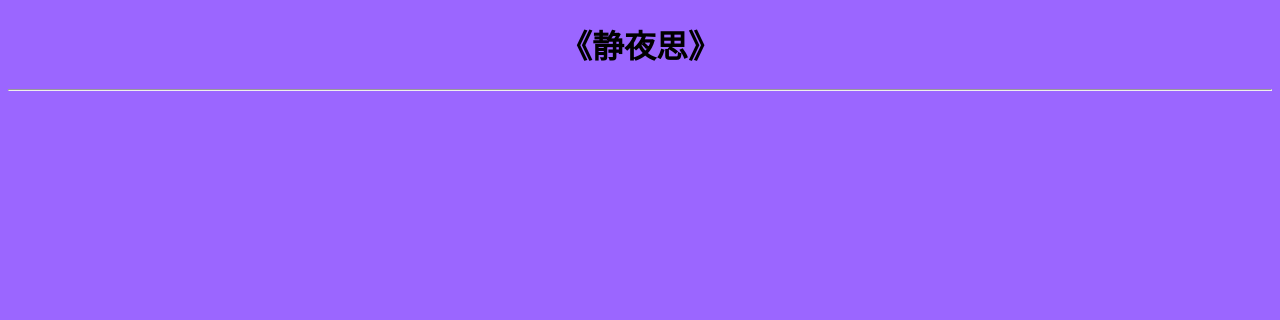
Repository: 13982720426/jsp-homework
Page: JSP实验课作业/JSP实验课1/sy2-4.html
These files come from the project's save history. The page is drawn as it stood at one moment and after the next save; the edit follows.
The browser window is 1280 px wide. The pictures show the whole page.

Above is the page before, as saved 2021-04-21 20:18:45.

After the next save:
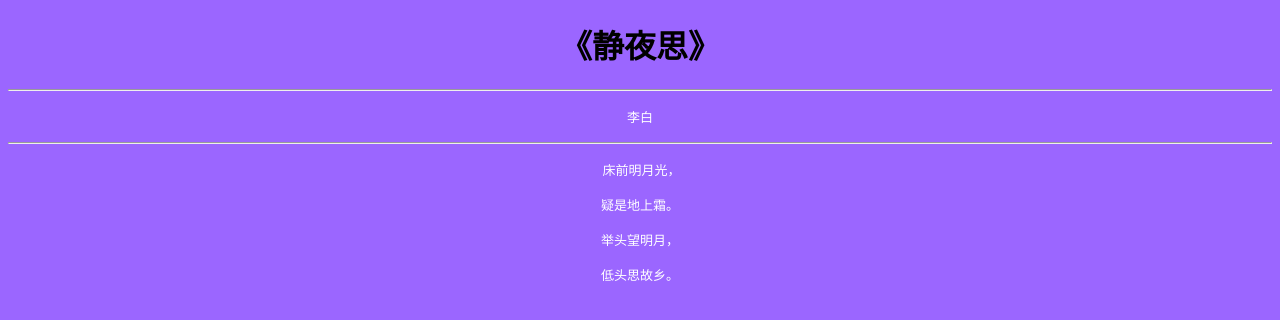
Saved 6 s later.
--- a/JSP实验课作业/JSP实验课1/sy2-4.html
+++ b/JSP实验课作业/JSP实验课1/sy2-4.html
@@ -16,7 +16,7 @@
     <div class="divcss">
         <h1>《静夜思》</h1>
         <hr />
-        <!-- <p>
+        <p>
             <font size="2" color="#ffffff">李白</font>
             <hr />
         <p>
@@ -26,7 +26,7 @@
         <p>
             <font size="2" color="#ffffff">举头望明月，</font>
         <p>
-            <font size="2" color="#ffffff">低头思故乡。</font> -->
+            <font size="2" color="#ffffff">低头思故乡。</font>
     </div>
 </body>
 
